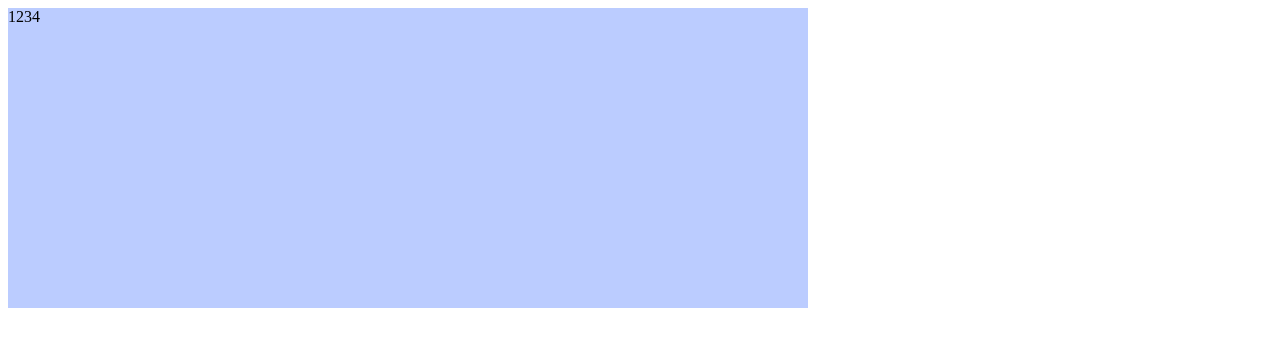
Repository: liutian97/learn1
Page: 移动端web开发/代码/2. Flex 伸缩布局/05-flex-wrap子元素是否换行.html
The author's editor kept a copy of each file at every save. The page is drawn from the files as they stood at one save, then again after a run of saves.
The browser window is 1280 px wide. The pictures show the whole page.

Above is the page before, as saved 2022-07-02 16:51:06.

After the next 3 saves:
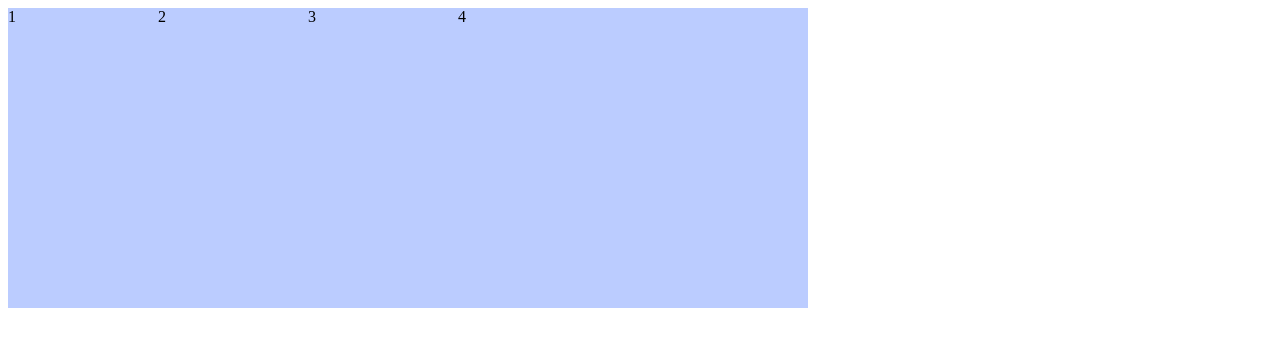
The 3 saves are shown as one change because they came seconds apart.
The last was saved 20 s later.
--- a/移动端web开发/代码/2. Flex 伸缩布局/05-flex-wrap子元素是否换行.html
+++ b/移动端web开发/代码/2. Flex 伸缩布局/05-flex-wrap子元素是否换行.html
@@ -11,6 +11,12 @@
       height: 300px;
       background-color: #bcf;
       display: flex;
+    }
+    div span {
+      width: 150px;
+      height: 100px;
+      margin
+      background-color: #bfc;
     }
   </style>
 </head>
